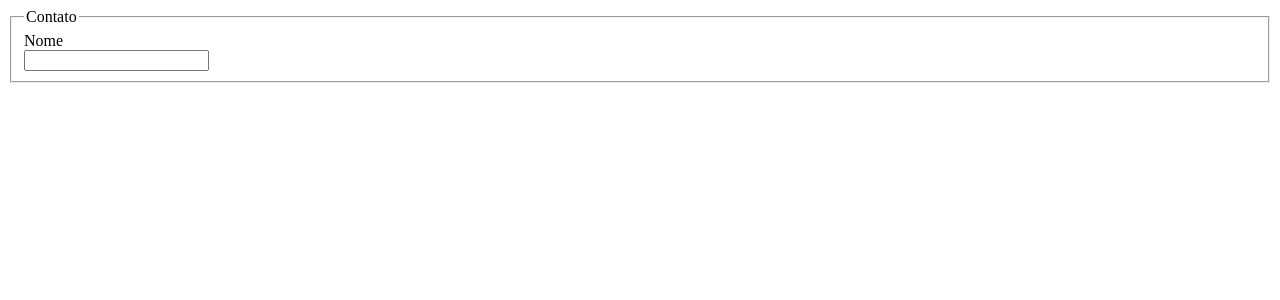
Repository: daniloserafim/trilha-backend-senai
Page: exemploServlet/WebContent/contato.html
The author's editor kept a copy of each file at every save. The page is drawn from the files as they stood at one save, then again after the next save.
The browser window is 1280 px wide. The pictures show the whole page.

Above is the page before, as saved 2022-05-31 22:15:53.

After the next save:
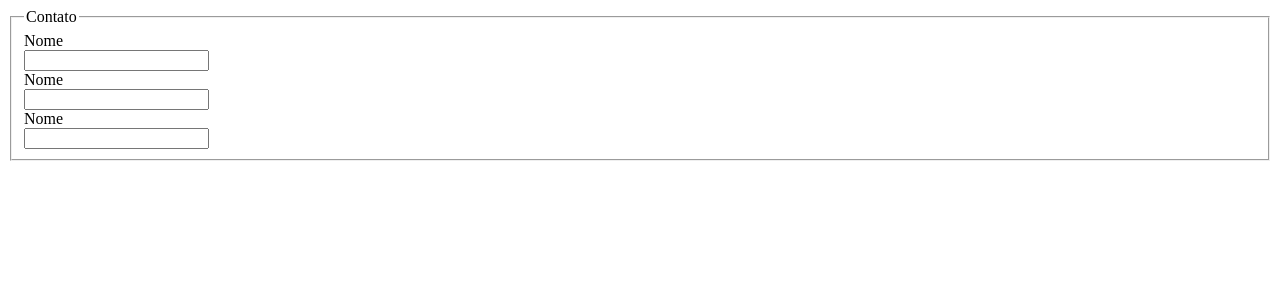
Saved 34 s later.
--- a/exemploServlet/WebContent/contato.html
+++ b/exemploServlet/WebContent/contato.html
@@ -17,6 +17,23 @@
 						<input>
 					</div>
 				</div>
+				<div class="nome-box">
+					<div class="nome-title">
+						<label>Nome</label>
+					</div>
+					<div class="nome-input">
+						<input>
+					</div>
+				</div>
+				<div class="nome-box">
+					<div class="nome-title">
+						<label>Nome</label>
+					</div>
+					<div class="nome-input">
+						<input>
+					</div>
+				</div>
+
 			</div>
 		</fieldset>
 	</form>
